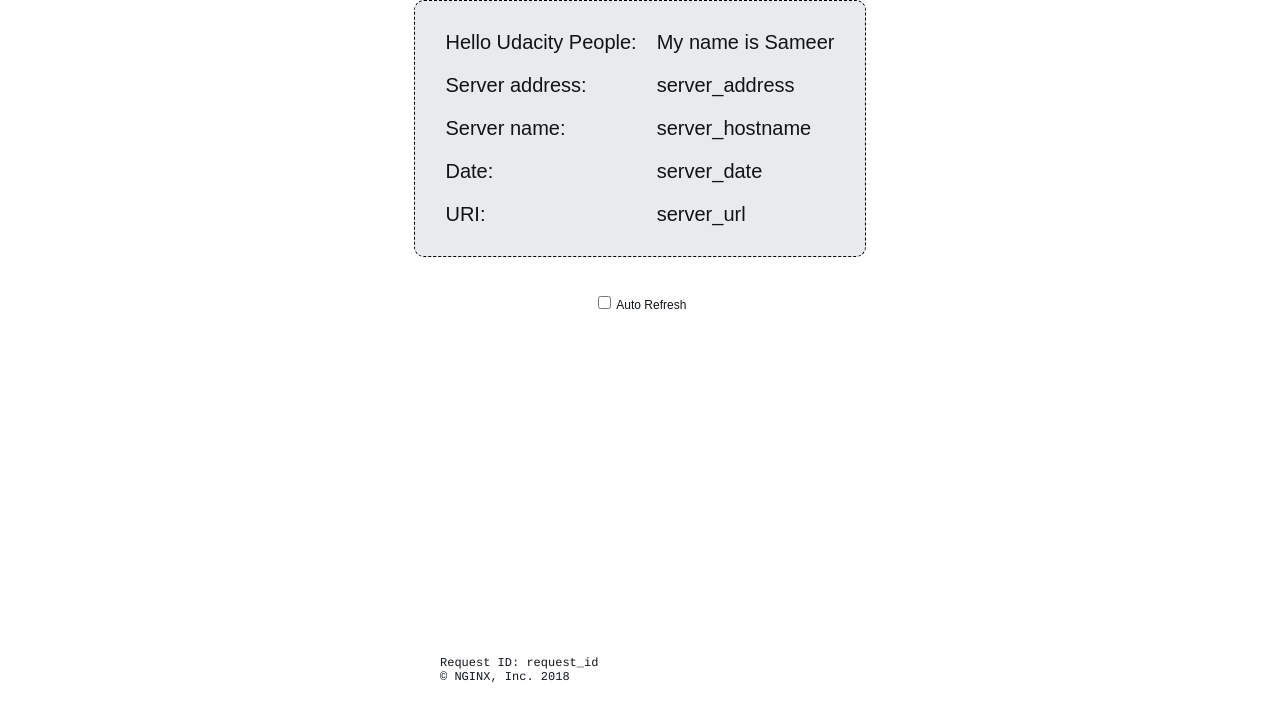
Repository: sameerkmarathe/CapstoneCloudDevOps
Page: index.html
The author's editor kept a record of every edit. The page is drawn from the files as they stood at one moment, then again after the next edit.
The browser window is 1280 px wide. The pictures show the whole page.

Above is the page before.

After the next edit:
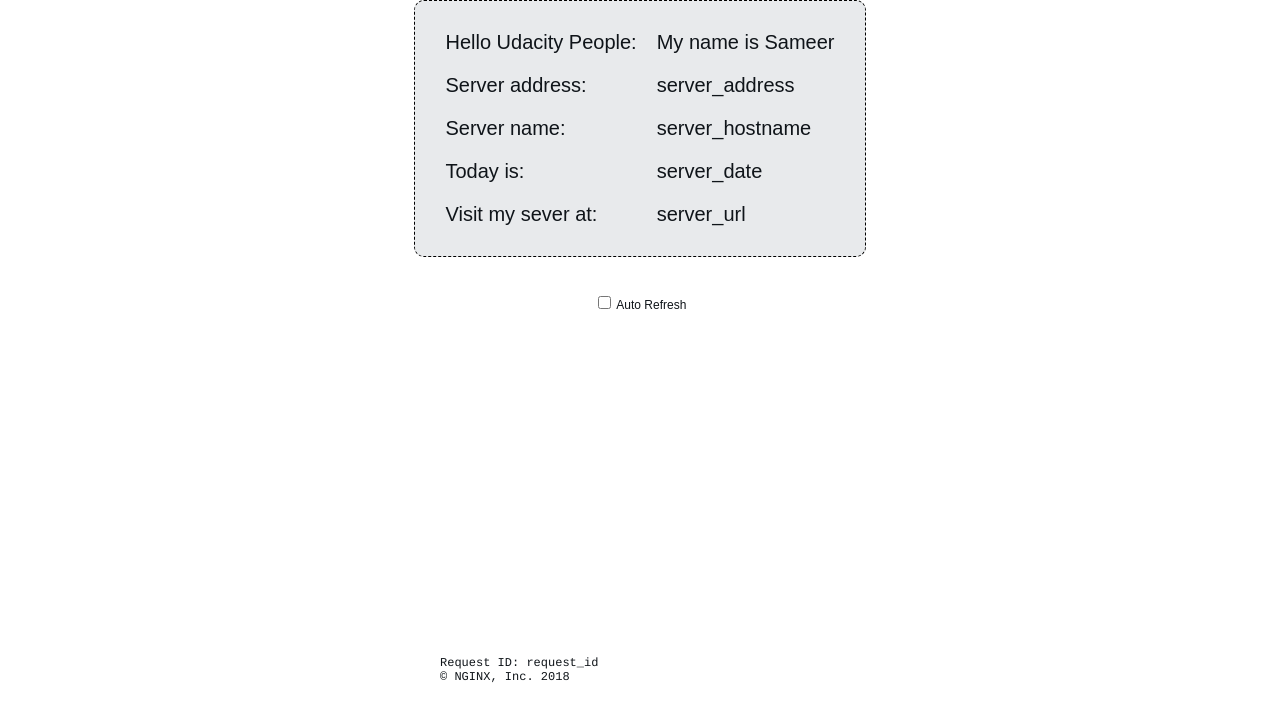
The edit:
--- a/index.html
+++ b/index.html
@@ -82,8 +82,8 @@
 <p><span>Hello&nbsp;Udacity People:</span> <span>My name is Sameer</span></p>
 <p><span>Server&nbsp;address:</span> <span>server_address</span></p>
 <p><span>Server&nbsp;name:</span> <span>server_hostname</span></p>
-<p class="smaller"><span>Date:</span> <span>server_date</span></p>
-<p class="smaller"><span>URI:</span> <span>server_url</span></p>
+<p class="smaller"><span>Today is:</span> <span>server_date</span></p>
+<p class="smaller"><span>Visit my sever at:</span> <span>server_url</span></p>
 </div>
 <div class="check"><input type="checkbox" id="check" onchange="changeCookie()"> Auto Refresh</div>
     <div id="footer">
